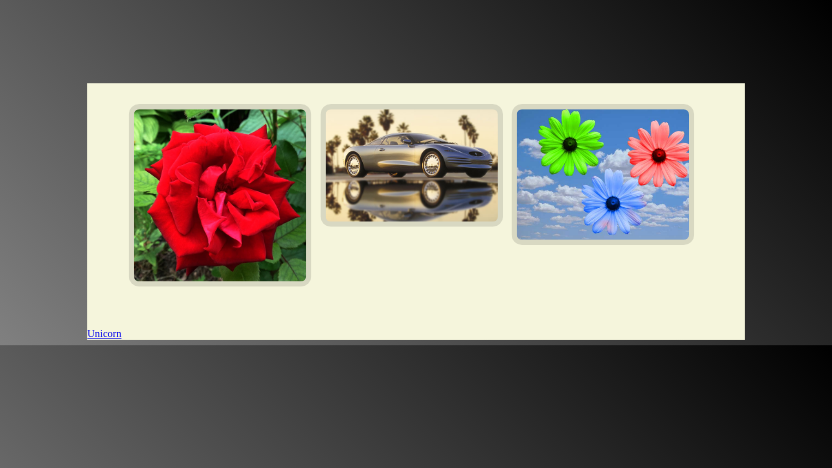
Repository: ViggoSkj/VGY
Page: ovningar/photoshopovning/photoshopovning.html
An editor plug-in stored every save of this project. The page is shown before and after the next save, followed by the edit.
The browser window is 1280 px wide. The pictures show the whole page, at 65% of full size.

Above is the page before, as saved 2022-11-27 12:08:31.

After the next save:
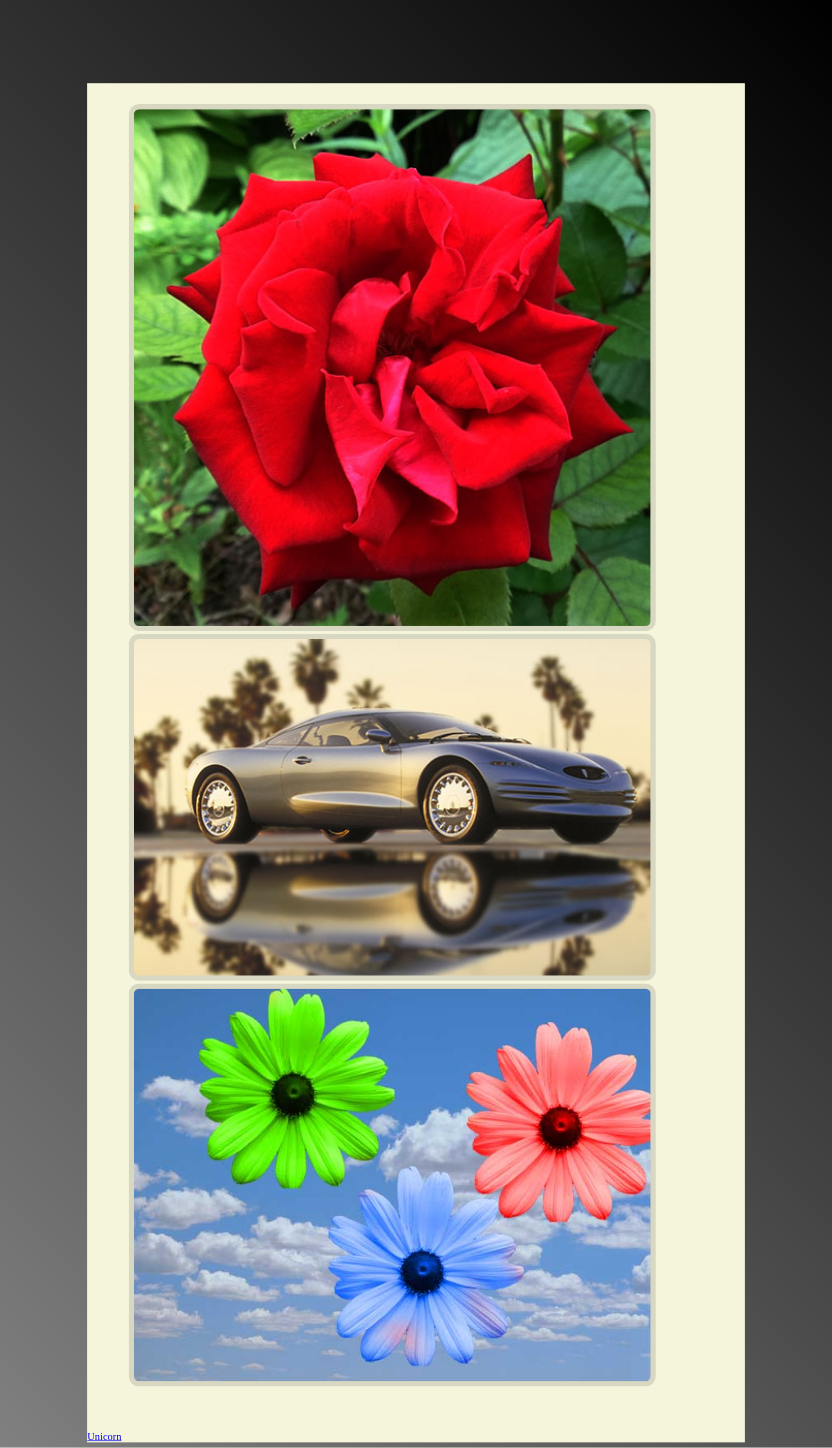
Saved 51 s later.
--- a/ovningar/photoshopovning/public/css/style.css
+++ b/ovningar/photoshopovning/public/css/style.css
@@ -21,7 +21,7 @@ img
 
 .images
 {
-    display: grid;
+    display: flexbox;
     grid-template-columns: 1fr 1fr 1fr;
     padding: 2em;
     margin: 2em;
